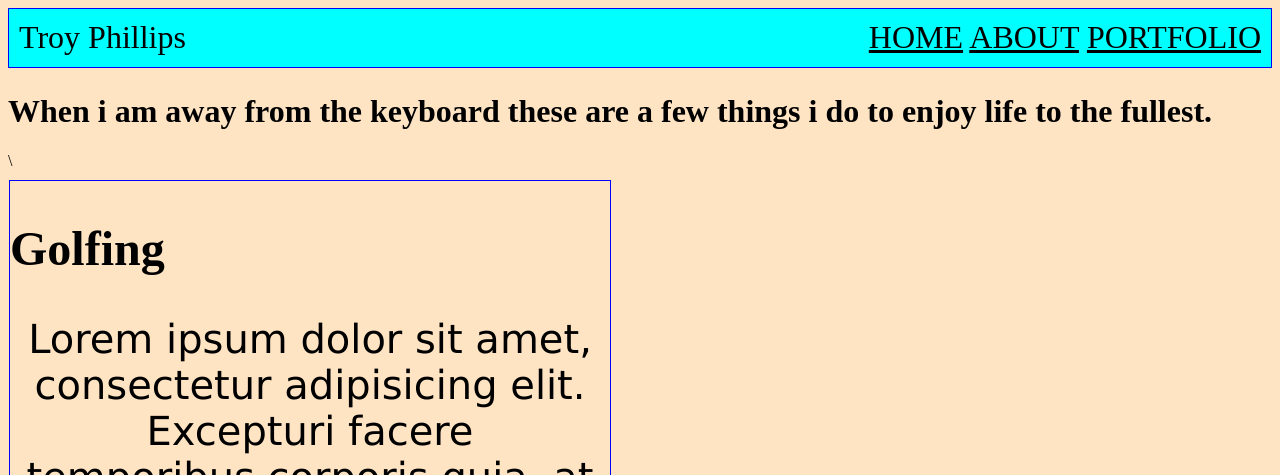
Repository: TheTroyPhillips/Personal-website
Page: about.html
The author's editor kept a copy of each file at every save. The page is drawn from the files as they stood at one save, then again after a run of saves.
The browser window is 1280 px wide. The pictures show the part of the page from y = 0 to 475 px (the page is 1707 px tall before and 1719 px after).
A picture or video elsewhere on the page could not be fetched, so the positions and the page height are approximate.

Above is the page before, as saved 2023-09-10 23:03:26.

### about.html
<!DOCTYPE html>
<html lang="en">
<head>
    <meta charset="UTF-8">
    <meta name="viewport" content="width=device-width, initial-scale=1.0">
    <title>Document</title>
    <link rel="stylesheet" href="style.css">
</head>
<body>
    <div class="parent">
        <div class="child">
            <span class="myname">Troy Phillips</span>
        <nav class="pages">
            <a class="active" href="/">HOME</a>
            <a href="/about.html">ABOUT</a>
            <a href="/portfolio.html">PORTFOLIO</a>
        </div>
        <h1 class="about">When i am away from the keyboard these are
            a few things i do to enjoy life to the fullest.</h1>\
     <div class="parent"></div>
        <div class="childb">
            <section>
                <h2>Golfing</h2>
                <p class="pa">Lorem ipsum dolor sit amet, consectetur adipisicing elit. Excepturi facere
                     temporibus,corporis quia, at facilis a molestiae, reprehenderit quod
                      distinctio quae in quam vitae earum ut nemo eligendi! Corporis, omnis.</p>
         </div>
         <div class="childb">
            <img src="pexels-ashford-marx-6501725.jpg" alt="">
        </div>
    </div>
         <div class="childb1">
            <section>
                <h2>Spending time with family</h2>
                <p class="pa">Lorem ipsum dolor sit amet consectetur adipisicing elit.
                     Voluptas illum id molestiae debitis harum.</p>
            </section>
         </div>
</body>
</html>

### style.css
.child{
    width: 100%;
    height: 60px;
    border: 1px solid blue;
    display: inline-block;
    box-sizing: border-box;
    background-color: aqua;
    padding: 10px;
}
.childb{
    width: 600px;
    height: 600px;
    border: 1px solid blue;
    display: inline-block;
    margin-left: 1px;
    margin-top: 10px;
}
.myname{
    float: left;
    font-size: 2rem;
}
.pages{
    float: right;
    font-size: 2rem;
}
.pages a.active{
    color: inherit;
}
.pages a{
    color: inherit;
}
body{
    background-color: bisque;
}
main{
    text-align: center;
    margin-left: 5%;
    margin-right: 5%;
    font-size: 1.8rem;
}
p{
    text-align: center;
    font-size: 2.5rem;
    font-family: Verdana, Geneva, Tahoma, sans-serif;
    margin: 130px;
}
.pa{
    margin: 10px;
}
h2{
    font-size: 3rem;
}
.childc{
    width: 70%;
    height: 600px;
    border: 1px solid blue;
    margin-left: 15%;
}
.two{
    font-size: 2.2rem;
}
.extra{
    font-size: 1.8rem;
    margin-top: 10px;
    text-align: left;
    margin-left: 10px;
}
img{
    width: 300px;
}
.childb1{
    width: 70%;
    height: 600px;
    border: 1px solid blue
}
.parent

After the next 3 saves:
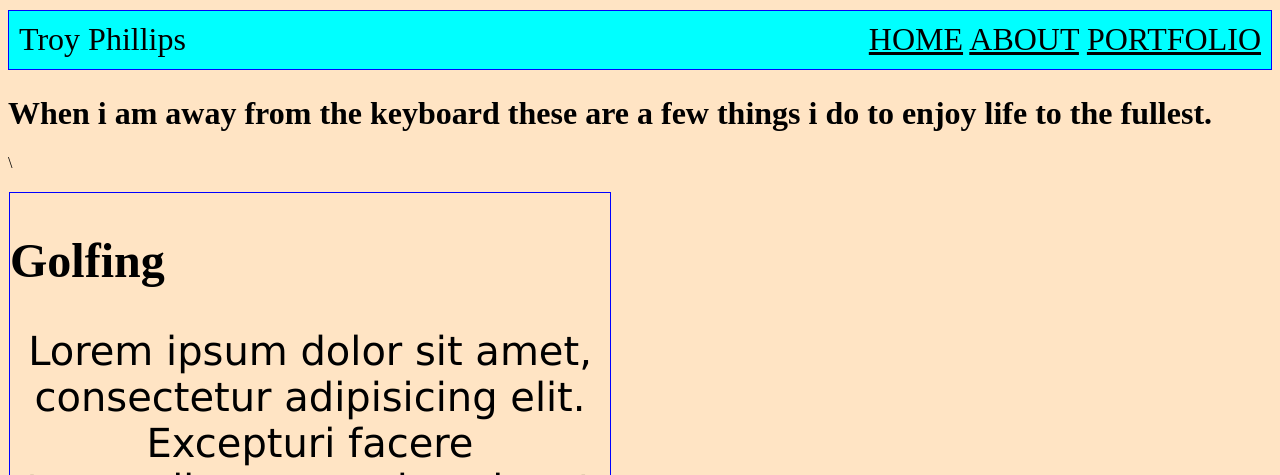
The 3 saves are shown as one change because they came seconds apart.
The last was saved 9 s later.
--- a/style.css
+++ b/style.css
@@ -73,4 +73,7 @@ img{
     height: 600px;
     border: 1px solid blue
 }
-.parent
+.parent{
+    margin-top: 10px;
+
+}
